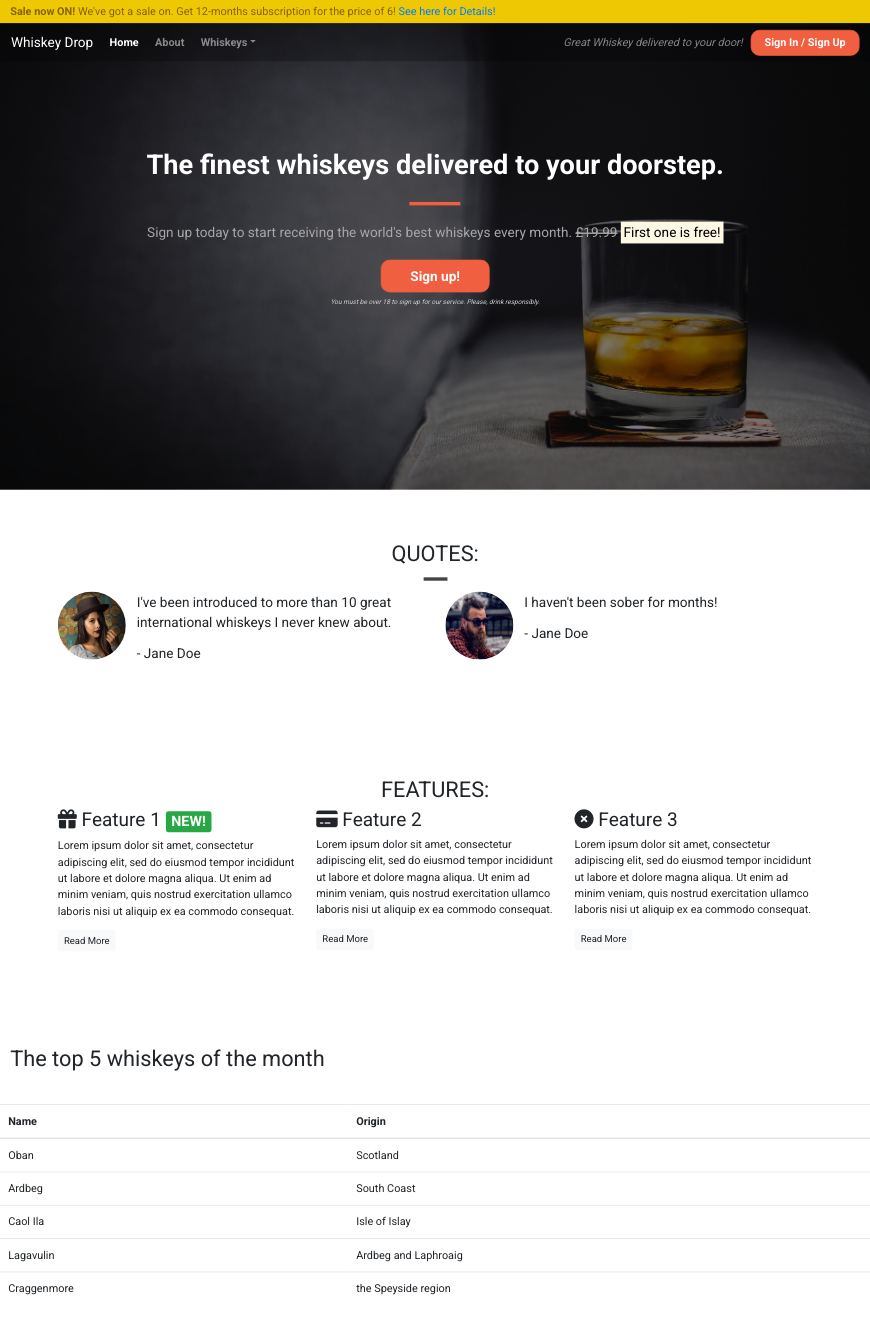
Repository: hidayatmansuri/BootStrap
Page: index.html
The author's editor kept a record of every edit. The page is drawn from the files as they stood at one moment, then again after the next edit.
The browser window is 1280 px wide. The pictures show the whole page, at 68% of full size.
Backgrounds fixed to the window are drawn as part of the page. Some web libraries are served in a nearby version.

Above is the page before.

### index.html
<!DOCTYPE html>
<html lang="en-us">

<head>
    <meta charset="utf-8">
    <meta name="viewport" content="width=device-width, initial-scale=1.0">
    <meta http-equiv="X-UA-Compatible" content="ie=edge">
    <title>Whiskey Drop | Taste a new whiskey every month</title>
    <link rel="stylesheet" href="https://maxcdn.bootstrapcdn.com/bootstrap/4.1.3/css/bootstrap.min.css">
    <script src="https://kit.fontawesome.com/011e87d520.js"></script>
    <link href="https://fonts.googleapis.com/css?family=Roboto:400,700&display=swap" rel="stylesheet">
    <link rel="stylesheet" href="css/style.css" type="text/css" />
</head>

<body>
    <div class="container-fluid navalert-container">
        <div class="container-fluid alert-container">
            <div class="row d-none d-sm-block">
                <div class="col-12">
                    <div class="site-wide-alert aler alert-warning">
                        <strong>Sale now ON!</strong> We've got a sale on. Get 12-months subscription for the price of 6! <a href="">See here for Details!</a>
                    </div>
                </div>
            </div>
        </div>
        <nav class="navbar navbar-dark navbar-expand-sm">
            <a href="/" class="navbar-brand"> Whiskey Drop</a>
            <button class="navbar-toggler ml-auto" type="button" data-toggle="collapse" data-target="#navbarNavDropdown" aria-controls="navbarNavDropdown" aria-expanded="false" aria-label="Toggle navigation">
        <span class="navbar-toggler-icon"></span></button>
            <div class="collapse navbar-collapse" id="navbarNavDropdown">
                <ul class="navbar-nav mr-auto">
                    <li class="active nav-item mr-2"><a class="nav-link" href="/">Home</a></li>
                    <li class="nav-item mr-2"><a class="nav-link" href="/ about">About</a></li>
                    <li class="nav-item dropdown">
                        <a class="nav-link dropdown-toggle" href="#" id="navbarDropdownMenuLink" role="button" data-toggle="dropdown" aria-haspopup="true" aria-expanded="false">Whiskeys</a>
                        <div class="dropdown-menu" aria-labelledby="navbarDropdownMenuLink">
                            <a class="dropdown-item" href="#">Irish</a>
                            <a class="dropdown-item" href="#">Scotch</a>
                            <a class="dropdown-item" href="#">Japanese</a>
                            <a class="dropdown-item" href="#">American</a>
                        </div>
                    </li>
                    <li class="nav-item mr-2 d-block d-sm-none">
                        <a class="nav-link " href="/ login">Sign In / Sign Up</a></li>
                </ul>
            </div>
            <div class="d-none d-md-block">
                <p class="navbar-text my-auto mr-2"><i>Great Whiskey delivered to your door!</i></p>
                <a href="/login" class="btn btn--cta btn--red"> Sign In / Sign Up</a>
            </div>
        </nav>
    </div>

    <!-- Callout -->
    <div class="container-fluid callout-container">
        <div class="opaque-overlay">&nbsp</div>
        <div class="row ">
            <div class="col-12">
                <section class="callout jumbotron text-center">
                    <h1 class="jumbotron-header">The finest whiskeys delivered to your doorstep.</h1>
                    <hr class="block-divider block-divider--orange">
                    <p class="lead">Sign up today to start receiving the world's best whiskeys every month.
                        <s class="d-none d-sm-inline">£19.99</s>
                        <span class="d-inline d-sm-none"><br></span>
                        <strong><mark>First one is free!</mark></strong></p>
                    <button class="btn btn-lg btn--cta btn--red" data-toggle="modal" data-target="#signUpModal">Sign up!</button>
                    <p class="text-muted"><small>You must be over 18 to sign up for our service. Please, drink responsibly.</small></p>
                </section>
            </div>
        </div>
    </div>
    <!-- /.callout -->


    <!-- Quotes -->
    <div class="container-wrapper">
        <div class="container quotes-container content-container">
            <section class="quotes">
                <div class="row">
                    <div class="col-12 page-header">
                        <h2 class="text-uppercase">Quotes:</h2>
                        <hr class="block-divider block-divider--short">
                    </div>
                </div>
                <div class="row">
                    <div class="col-12 col-md-6">
                        <div class="media">
                            <div class="d-none d-sm-block">
                                <img src="images/girl-image.png" class="rounded-circle mr-3" height=100 width=100>
                            </div>
                            <div class="media-body">
                                <blockquote class="blockquote">
                                    <p>I've been introduced to more than 10 great international whiskeys I never knew about.</p>
                                    <p>- Jane Doe</p>
                                </blockquote>
                            </div>
                        </div>
                    </div>
                    <div class="col-12 col-md-6">
                        <div class="media">
                            <div class="d-none d-sm-block">
                                <img src="images/guy-image.png" class="rounded-circle mr-3" height=100 width=100>
                            </div>
                            <div class="media-body">
                                <blockquote class="blockquote">
                                    <p>I haven't been sober for months!</p>
                                    <p>- Jane Doe</p>
                                </blockquote>
                            </div>
                        </div>
                    </div>
                </div>
            </section>
            <!-- /.quotes -->
        </div>
    </div>
    <!-- Features -->
    <div class="container feature-container content-container">
        <section class="features">
            <div class="row">
                <div class="col-12 page-header">
                    <h2 class="text-uppercase">Features:</h2>
                </div>
            </div>
            <div class="row">
                <div class="col-12 col-md-6 col-lg-4">
                    <div class="feature">
                        <h3><i class="fas fa-gift d-none d-sm-inline"></i> Feature 1 <span class="badge badge-success">NEW!</span></h3>
                        <p>Lorem ipsum dolor sit amet, consectetur adipiscing elit, sed do eiusmod tempor incididunt ut labore et dolore magna aliqua. Ut enim ad minim veniam, quis nostrud exercitation ullamco laboris nisi ut aliquip ex ea commodo consequat.</p>
                        <p><a class="btn btn-sm btn-light">Read More</a></p>
                    </div>
                </div>
                <div class="col-12 col-md-6 col-lg-4">
                    <div class="feature">
                        <h3><i class="fas fa-credit-card d-none d-sm-inline"></i> Feature 2</h3>
                        <p>Lorem ipsum dolor sit amet, consectetur adipiscing elit, sed do eiusmod tempor incididunt ut labore et dolore magna aliqua. Ut enim ad minim veniam, quis nostrud exercitation ullamco laboris nisi ut aliquip ex ea commodo consequat.</p>
                        <p><a class="btn btn-sm btn-light">Read More</a></p>
                    </div>
                </div>
                <div class="col-12 d-md-none d-lg-block col-lg-4 d-none d-sm-inline">
                    <div class="feature">
                        <h3><i class="fas fa-times-circle"></i> Feature 3</h3>
                        <p>Lorem ipsum dolor sit amet, consectetur adipiscing elit, sed do eiusmod tempor incididunt ut labore et dolore magna aliqua. Ut enim ad minim veniam, quis nostrud exercitation ullamco laboris nisi ut aliquip ex ea commodo consequat.</p>
                        <p><a class="btn btn-sm btn-light">Read More</a></p>
                    </div>
                </div>
            </div>
        </section>
        <!-- /.features -->
    </div>
    <section>
        <div class="col-12 my-5">
            <h2>The top 5 whiskeys of the month</h2>
        </div>
        <table class="my-5 table">
            <thead>
                <tr>
                    <th scope="col">Name</th>
                    <th scope="col">Origin</th>
                </tr>
            </thead>
            <tbody>
                <tr>
                    <td>Oban</td>
                    <td>Scotland</td>
                </tr>
                <tr>
                    <td>Ardbeg</td>
                    <td>South Coast</td>
                </tr>
                <tr>
                    <td>Caol Ila</td>
                    <td>Isle of Islay</td>
                </tr>
                <tr>
                    <td>Lagavulin</td>
                    <td>Ardbeg and Laphroaig</td>
                </tr>
                <tr>
                    <td>Craggenmore</td>
                    <td>the Speyside region</td>
                </tr>
            </tbody>
        </table>

    </section>

    <div class="modal" tabindex="-1" role="dialog" id="signUpModal">
        <div class="modal-dialog" role="document">
            <div class="modal-content">
                <div class="modal-header">
                    <h5 class="modal-title">Sign Up to Whiskey Drop!</h5>
                    <button type="button" class="close" data-dismiss="modal" aria-label="Close">
          <span aria-hidden="true">&times;</span>
        </button>
                </div>
                <div class="modal-body">
                    <form>
                        <div class="form-group">
                            <label for="exampleInputEmail1">Email address</label>
                            <input type="email" class="form-control" id="exampleInputEmail1" aria-describedby="emailHelp" placeholder="Enter email">
                            <small id="emailHelp" class="form-text text-muted">We'll never share your email with anyone else.</small>
                        </div>
                        <div class="form-group">
                            <label for="Password">Password</label>
                            <input type="password" class="form-control" id="Password" placeholder="Password">
                        </div>
                        <div class="form-group">
                            <label for="repeatPassword">Repeat Password</label>
                            <input type="password" class="form-control" id="repeatPassword" placeholder="Repeat Password">
                        </div>
                        <button type="submit" class="btn btn-success">Submit</button>
                    </form>
                </div>
            </div>
        </div>
    </div>
    <script src="https://code.jquery.com/jquery-3.3.1.slim.min.js" integrity="sha384-q8i/X+965DzO0rT7abK41JStQIAqVgRVzpbzo5smXKp4YfRvH+8abtTE1Pi6jizo" crossorigin="anonymous"></script>
    <script src="https://cdnjs.cloudflare.com/ajax/libs/popper.js/1.14.7/umd/popper.min.js" integrity="sha384-UO2eT0CpHqdSJQ6hJty5KVphtPhzWj9WO1clHTMGa3JDZwrnQq4sF86dIHNDz0W1" crossorigin="anonymous"></script>
    <script src="https://stackpath.bootstrapcdn.com/bootstrap/4.3.1/js/bootstrap.min.js" integrity="sha384-JjSmVgyd0p3pXB1rRibZUAYoIIy6OrQ6VrjIEaFf/nJGzIxFDsf4x0xIM+B07jRM" crossorigin="anonymous"></script>
</body>

</html>

### css/style.css
body {
    font-family: 'Roboto', sans-serif;
}

.container-wrapper{

}

.container-wrapper--red {
    background-color: #f05f40;
    color:white;
}

.alert-container .col-12 {
    padding-left: 0;
    padding-right: 0;
}

.site-wide-alert {
    border-radius: 0;
    margin-bottom: 0;
    padding: 5px 15px;
    background-color: #eec802;
    border-color: #eec802;
}

.callout-container {
    height: 100vh;

    background: url(../images/whiskey-background.jpg) no-repeat bottom right fixed;
    -webkit-background-size: cover;
    -moz-background-size: cover;
    -o-background-size: cover;
    background-size: cover;

    display:flex;
    align-items: center;
    justify-content: center;

    position: relative;

}

.opaque-overlay {
    position: absolute;
    top: 0;
    left: 0;
    height: 100%;
    width: 100%;
    background-color: rgba(0,0,0,0.5);
}

.quotes-container {}

.feature-container {}

/* Page Header */

.page-header {
    margin-bottom: 0;
    border-bottom: 0;
    test-align: center;
}

.page-header h2 {
   margin-top: 0;
   text-align: center;
}

/*Block dividers */

.block-divider {
    width: 75px;
    height: 5px;
    border: 0;
    background-color: #444;

}

.block-divider--orange {
    background-color: #f05f40;
}

.block-divider--white {
    background-color: white;
}

.block-divider--short {
     width: 35px;
}

/* Content Containers */

.content-container {
    padding-top: 75px;
    padding-bottom: 75px;
    /*text-align: center;*/
}

/* Navbar */

.navalert-container {
    position: absolute;
    top:0;
    left:0;
    padding-left: 0;
    padding-right: 0;
    z-index: 1;
}

.navbar {
    margin-bottom: 0;
    border: 0;
    width: 100%;
    background-color: rgba(0,0,0,0.25);
}

.navbar .navbar-nav a {
    font-weight: bold;
}

.navbar .navbar-toggler {
    font-weight: bold;
}

.navbar-brand {
    background-color: transparent;
}

/*jumbotron*/

.jumbotron {
    background-color: transparent;
}

.jumbotron-header {
    color: white;
    font-weight: bold;
    margin-bottom: 30px;
}

.jumbotron .lead {
    margin: 25px 0;
    color: #a7a7a7;
}

.jumbotron small {
    font-size: 60%;
    font-style: italic;
    color: #d0d0d0;
}

/* Buttons */

.btn--cta {
    font-weight: bold;
    border-radius: 13px;
    width: 160px;
}

.btn--red {
    color: white;
    background-color: #f05f40;
    border-color: #f05f40;
}

.btn--red:hover,
.btn--red:active,
.btn--red:focus,
.btn--red:active:focus {
    background-color: #df4929;
    border-color: #df4929;
}

After the next edit:
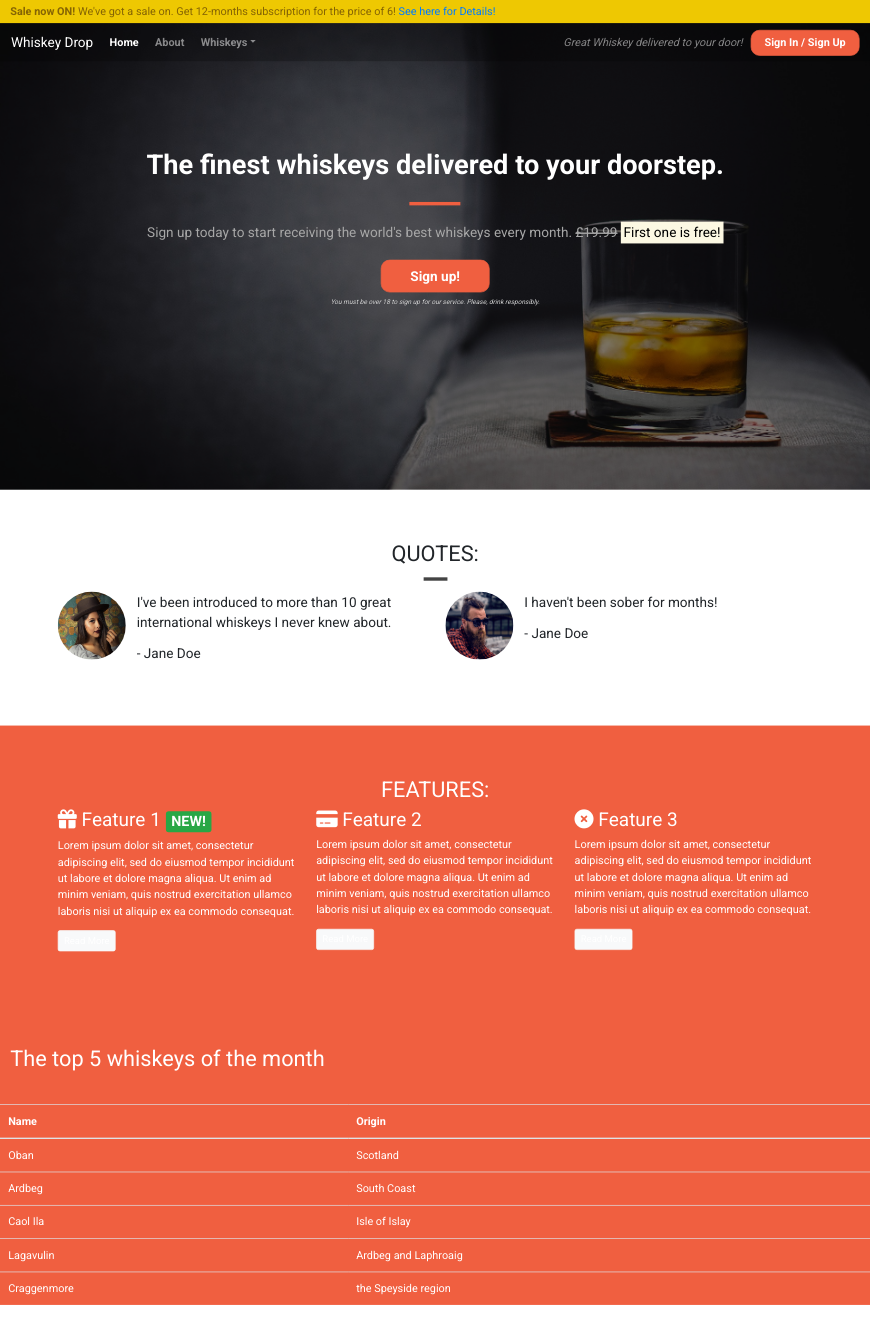
The edit:
--- a/index.html
+++ b/index.html
@@ -115,6 +115,7 @@
         </div>
     </div>
     <!-- Features -->
+    <div class="containr-wrapper container-wrapper--red">
     <div class="container feature-container content-container">
         <section class="features">
             <div class="row">
